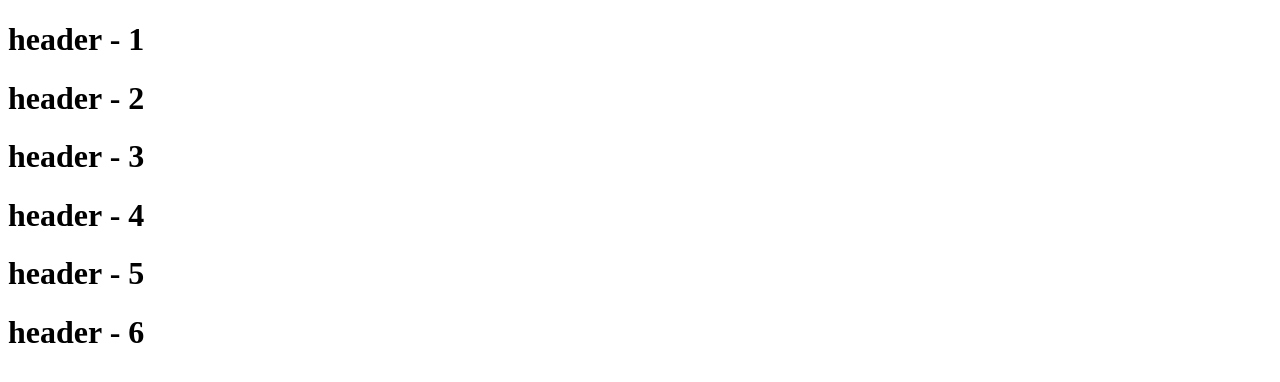
Repository: Junhee1412/front_end_practice
Page: jquery, bootstrap/js01_jquery/public/js10_filter.html
The author's editor kept a copy of each file at every save. The page is drawn from the files as they stood at one save, then again after the next save.
The browser window is 1280 px wide. The pictures show the whole page.

Above is the page before, as saved 2022-11-14 06:06:52.
Console error: SyntaxError: Unexpected token ';'

### jquery, bootstrap/js01_jquery/public/js10_filter.html
<!DOCTYPE html>
<html>
<head>
	<meta charset="UTF-8">
	<title>Insert title here</title>
		<script src="https://code.jquery.com/jquery-3.6.0.min.js"
    	integrity="sha256-/xUj+3OJU5yExlq6GSYGSHk7tPXikynS7ogEvDej/m4="
    	crossorigin="anonymous"></script>
	<script>
		//$('h1').filter().css()
		$('h1').filter(':even').css({color:'red', background:'black';});
	</script>
</head>
<body>
	<h1>header - 1</h1>
	<h1>header - 2</h1>
	<h1>header - 3</h1>
	<h1>header - 4</h1>
	<h1>header - 5</h1>
	<h1>header - 6</h1>
</body>
</html>

After the next save:
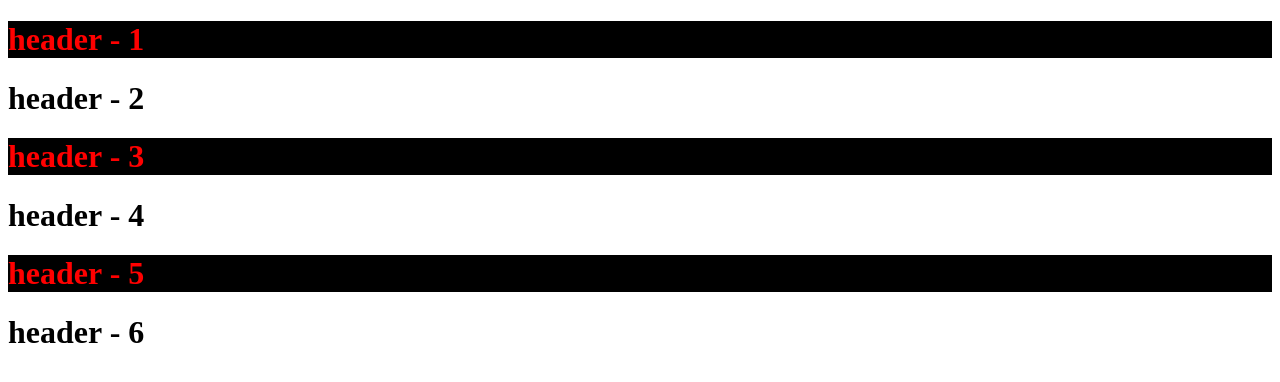
The error is gone.
Saved 34 s later.
--- a/jquery, bootstrap/js01_jquery/public/js10_filter.html
+++ b/jquery, bootstrap/js01_jquery/public/js10_filter.html
@@ -7,8 +7,10 @@
     	integrity="sha256-/xUj+3OJU5yExlq6GSYGSHk7tPXikynS7ogEvDej/m4="
     	crossorigin="anonymous"></script>
 	<script>
+		$(function(){
 		//$('h1').filter().css()
-		$('h1').filter(':even').css({color:'red', background:'black';});
+		$('h1').filter(':even').css({color:'red', background:'black'});
+		});
 	</script>
 </head>
 <body>
